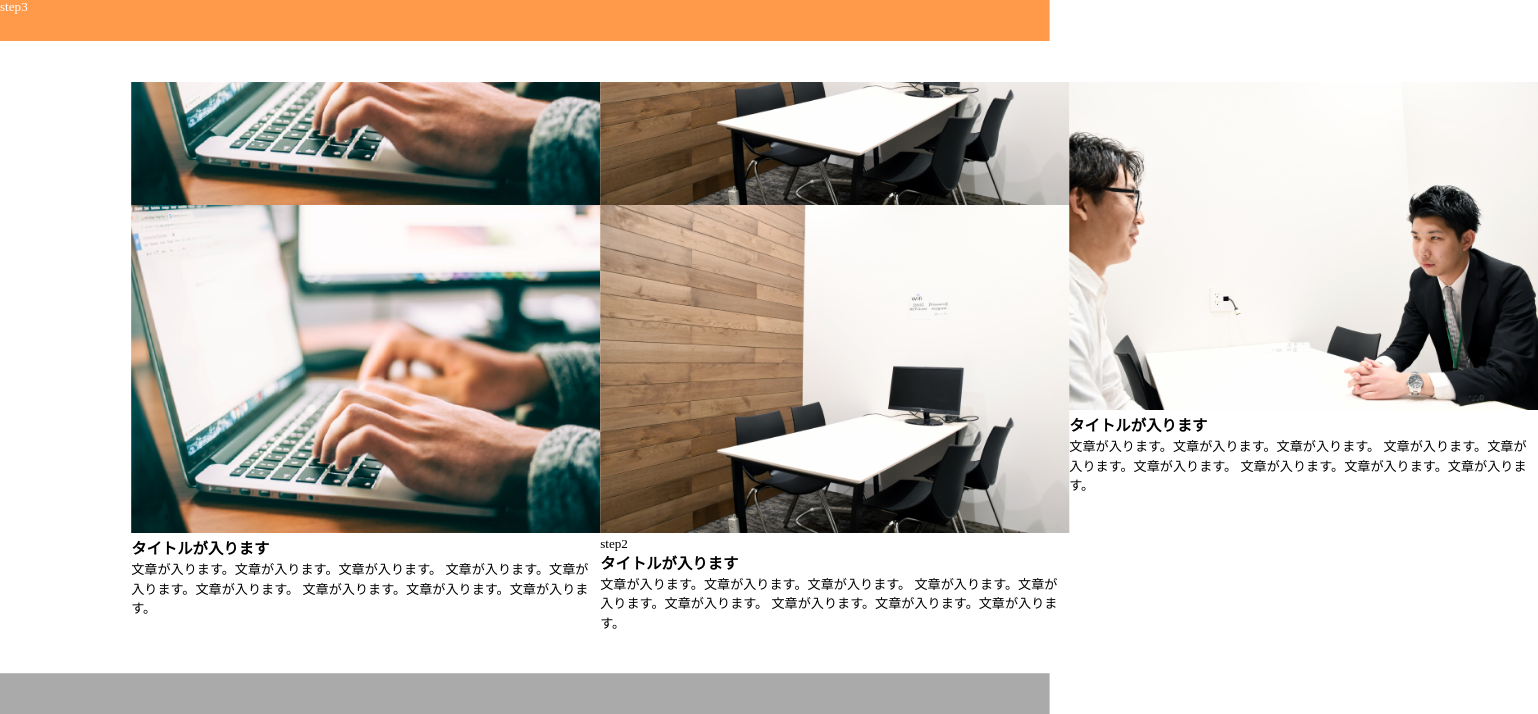
Repository: eyaonu/application2
Page: chapter9/answer9.html
The author's editor kept a record of every edit. The page is drawn from the files as they stood at one moment, then again after the next edit.
The browser window is 1280 px wide. The page is 1876 px wide, then 1634 px, so the pictures cover 1876 px, including what lies to the right of the window. The pictures show the whole page, at 82% of full size.

Above is the page before.

### chapter9/answer9.html
<!DOCTYPE html>
<html lang="ja">
  <head>
    <meta charset="UTF-8" />
    <!-- CSSファイルの読み込み -->
    <title>answer9</title>
    <link rel="stylesheet" href="style9.css" />
  </head>

  <body>
    <header></header>
    <main>
      <div class="content-box">

        <div claas="step-box">
          <span class="step-num">step1</span>
          <div class="step-img1"></div>
          <img claas="img" src="img/flow01.png" />
          <h3 claas="title">タイトルが入ります</h3>
          <p class="text">
            文章が入ります。文章が入ります。文章が入ります。
            文章が入ります。文章が入ります。文章が入ります。
            文章が入ります。文章が入ります。文章が入ります。
          </p>
        </div>

        <div claas="step-box">
          <div class="step-img2"></div>
          <img claas="img" src="img/flow02.png" />
          <span claas="step-num">step2</span>
          <h3 claas="title">タイトルが入ります</h3>
          <p class="text">
            文章が入ります。文章が入ります。文章が入ります。
            文章が入ります。文章が入ります。文章が入ります。
            文章が入ります。文章が入ります。文章が入ります。
          </p>
        </div>

        <div claas="step-box">
          <div claas="step-img3"></div>
          <img claas="img" src="img/flow03.png" />
          <span class="step-num">step3</span>
          <h3>タイトルが入ります</h3>
          <p class="text">
            文章が入ります。文章が入ります。文章が入ります。
            文章が入ります。文章が入ります。文章が入ります。
            文章が入ります。文章が入ります。文章が入ります。
          </p>
        </div>

      </div>
    </main>
    <footer></footer>
  </body>
</html>

### chapter9/style9.css
* {
  box-sizing: border-box;
  margin: 0;
  padding: 0;
}

header {
  width: 100%;
  height: 50px;
  background-color: #FF9A4B;
}

main {
  width: 100%;
}

.content-box {
  width: 960px;
  margin: 50px auto;
  display: flex;
}

.step-box {
  width: 300px;
  margin-right: 30px;
  padding: 10px;
  position: relative;
  background-color: #EEEEEE;
}

.step-box:last-child {
  margin-right: 0;
}

.step-img1 {
  height: 150px;
  background-image: url(img/flow01.png);
  background-position: bottom;
  background-size: cover;
}

.step-img2 {
  height: 150px;
  background-image: url(img/flow02.png);
  background-position: bottom;
  background-size: cover;
}

.step-img3 {
  height: 150px;
  background-image: url(img/flow03.png);
  background-position: bottom;
  background-size: cover;
}

.step-num {
  position: absolute;
  top: 0;
  left: 0;
  background-color: #FF9A4B;
  color: #FFFFFF;
}

.title {
  margin: 15px 0 5px;
}

footer {
  height: 50px;
  background-color: #AAAAAA;
}

After the next edit:
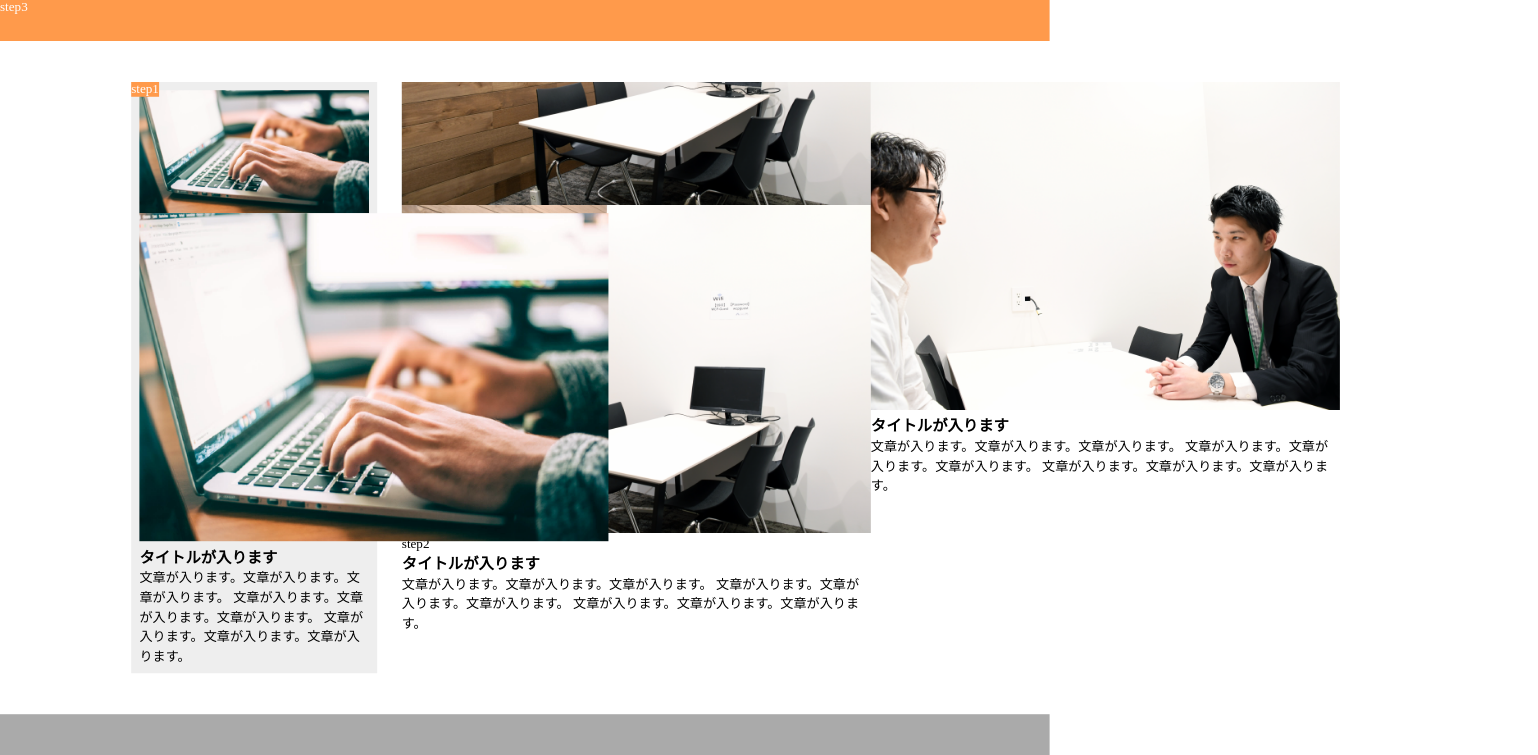
The edit:
--- a/chapter9/answer9.html
+++ b/chapter9/answer9.html
@@ -12,7 +12,7 @@
     <main>
       <div class="content-box">
 
-        <div claas="step-box">
+        <div class="step-box">
           <span class="step-num">step1</span>
           <div class="step-img1"></div>
           <img claas="img" src="img/flow01.png" />
